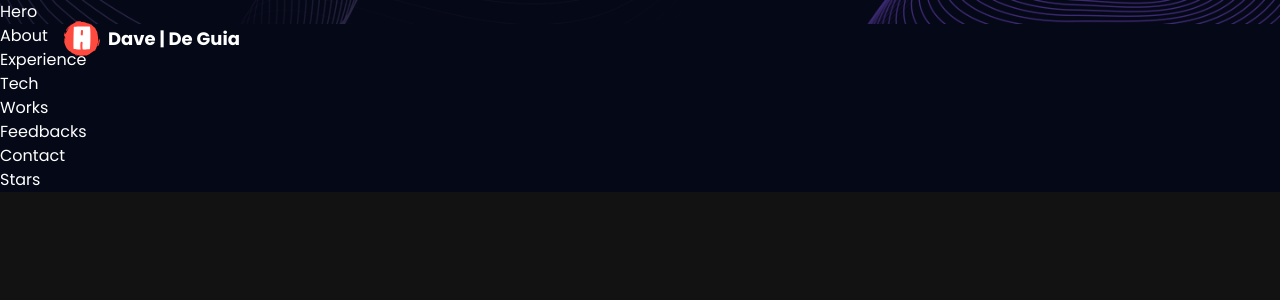
Repository: davedeguia/3d-portfolio
Page: /
The author's editor kept a copy of each file at every save. The page is drawn from the files as they stood at one save, then again after the next save.
The browser window is 1280 px wide. The pictures show the whole page.
The project was rebuilt for these pictures with package versions that can differ from the ones it lists, and the page was loaded fresh each time. Also part of the build but not shown: vite.config.js, src/components/canvas/Earth.jsx, src/components/canvas/Ball.jsx, src/components/canvas/Computers.jsx.

Above is the page before, as saved 2023-03-04 14:33:32.

### index.html
<!DOCTYPE html>
<html lang="en">
  <head>
    <meta charset="UTF-8" />
    <link rel="icon" type="image/svg+xml" href="/logo.svg" />
    <meta name="viewport" content="width=device-width, initial-scale=1.0" />
    <title>Dave | Portfolio</title>
  </head>
  <body>
    <div id="root"></div>
    <script type="module" src="/src/main.jsx"></script>
  </body>
</html>

### src/App.jsx
import { BrowserRouter } from 'react-router-dom'
import {
  About,
  Contact,
  Experience,
  Feedbacks,
  Hero,
  Navbar,
  Tech,
  Works,
  StarsCanvas,
} from './components'

const App = () => {
  return (
    <BrowserRouter>
      <div className='relative z-0 bg-primary'>
        <div className='bg-hero-pattern bg-cover bg-no-repeat bg-center'>
          <Navbar />
          <Hero />
        </div>
        <About />
        <Experience />
        <Tech />
        <Works />
        <Feedbacks />
        <div className='relative z-0'>
          <Contact />
          <StarsCanvas />
        </div>
      </div>
    </BrowserRouter>
  )
}

export default App

### src/components/Navbar.jsx
import React, { useEffect, useState } from 'react'
import { Link } from 'react-router-dom'
import { styles } from '../styles'
import { navLinks } from '../constants'
import { logo, menu, close } from '../assets'

const Navbar = () => {
  const [active, setActive] = useState('')
  return (
    <nav
      className={`${styles.paddingX} w-full flex items-center py-5 fixed top-0 z-20`}
    >
      <div className='w-full flex justify-between items-center max-w-7xl mx-auto'>
        <Link
          to='/'
          className='flex items-center gap-2'
          onClick={() => {
            setActive('')
            window.scrollTo(0, 0)
          }}
        >
          <img src={logo} alt='logo' className='w-9 h-9 object-contain' />
          <p className='text-white text-[18px] font-bold cursor-pointer'>
            Dave <span>| De Guia</span>
          </p>
        </Link>
      </div>
    </nav>
  )
}

export default Navbar

### src/styles.js
const styles = {
  paddingX: 'sm:px-16 px-6',
  paddingY: 'sm:py-16 py-6',
  padding: 'sm:px-16 px-6 sm:py-16 py-10',

  heroHeadText:
    'font-black text-white lg:text-[80px] sm:text-[60px] xs:text-[50px] text-[40px] lg:leading-[98px] mt-2',
  heroSubText:
    'text-[#dfd9ff] font-medium lg:text-[30px] sm:text-[26px] xs:text-[20px] text-[16px] lg:leading-[40px]',

  sectionHeadText:
    'text-white font-black md:text-[60px] sm:text-[50px] xs:text-[40px] text-[30px]',
  sectionSubText:
    'sm:text-[18px] text-[14px] text-secondary uppercase tracking-wider',
}

export { styles }

### src/constants/index.js
import {
  mobile,
  backend,
  creator,
  web,
  javascript,
  typescript,
  html,
  css,
  reactjs,
  redux,
  tailwind,
  nodejs,
  mongodb,
  git,
  figma,
  docker,
  meta,
  starbucks,
  tesla,
  shopify,
  carrent,
  jobit,
  tripguide,
  threejs,
} from '../assets'

export const navLinks = [
  {
    id: 'about',
    title: 'About',
  },
  {
    id: 'work',
    title: 'Work',
  },
  {
    id: 'contact',
    title: 'Contact',
  },
]

const services = [
  {
    title: 'Web Developer',
    icon: web,
  },
  {
    title: 'React Native Developer',
    icon: mobile,
  },
  {
    title: 'Backend Developer',
    icon: backend,
  },
  {
    title: 'Content Creator',
    icon: creator,
  },
]

const technologies = [
  {
    name: 'HTML 5',
    icon: html,
  },
  {
    name: 'CSS 3',
    icon: css,
  },
  {
    name: 'JavaScript',
    icon: javascript,
  },
  {
    name: 'TypeScript',
    icon: typescript,
  },
  {
    name: 'React JS',
    icon: reactjs,
  },
  {
    name: 'Redux Toolkit',
    icon: redux,
  },
  {
    name: 'Tailwind CSS',
    icon: tailwind,
  },
  {
    name: 'Node JS',
    icon: nodejs,
  },
  {
    name: 'MongoDB',
    icon: mongodb,
  },
  {
    name: 'Three JS',
    icon: threejs,
  },
  {
    name: 'git',
    icon: git,
  },
  {
    name: 'figma',
    icon: figma,
  },
  {
    name: 'docker',
    icon: docker,
  },
]

const experiences = [
  {
    title: 'React.js Developer',
    company_name: 'Starbucks',
    icon: starbucks,
    iconBg: '#383E56',
    date: 'March 2020 - April 2021',
    points: [
      'Developing and maintaining web applications using React.js and other related technologies.',
      'Collaborating with cross-functional teams including designers, product managers, and other developers to create high-quality products.',
      'Implementing responsive design and ensuring cross-browser compatibility.',
      'Participating in code reviews and providing constructive feedback to other developers.',
    ],
  },
  {
    title: 'React Native Developer',
    company_name: 'Tesla',
    icon: tesla,
    iconBg: '#E6DEDD',
    date: 'Jan 2021 - Feb 2022',
    points: [
      'Developing and maintaining web applications using React.js and other related technologies.',
      'Collaborating with cross-functional teams including designers, product managers, and other developers to create high-quality products.',
      'Implementing responsive design and ensuring cross-browser compatibility.',
      'Participating in code reviews and providing constructive feedback to other developers.',
    ],
  },
  {
    title: 'Web Developer',
    company_name: 'Shopify',
    icon: shopify,
    iconBg: '#383E56',
    date: 'Jan 2022 - Jan 2023',
    points: [
      'Developing and maintaining web applications using React.js and other related technologies.',
      'Collaborating with cross-functional teams including designers, product managers, and other developers to create high-quality products.',
      'Implementing responsive design and ensuring cross-browser compatibility.',
      'Participating in code reviews and providing constructive feedback to other developers.',
    ],
  },
  {
    title: 'Full stack Developer',
    company_name: 'Meta',
    icon: meta,
    iconBg: '#E6DEDD',
    date: 'Jan 2023 - Present',
    points: [
      'Developing and maintaining web applications using React.js and other related technologies.',
      'Collaborating with cross-functional teams including designers, product managers, and other developers to create high-quality products.',
      'Implementing responsive design and ensuring cross-browser compatibility.',
      'Participating in code reviews and providing constructive feedback to other developers.',
    ],
  },
]

const testimonials = [
  {
    testimonial:
      'I thought it was impossible to make a website as beautiful as our product, but Rick proved me wrong.',
    name: 'Sara Lee',
    designation: 'CFO',
    company: 'Acme Co',
    image: 'https://randomuser.me/api/portraits/women/4.jpg',
  },
  {
    testimonial:
      "I've never met a web developer who truly cares about their clients' success like Rick does.",
    name: 'Chris Brown',
    designation: 'COO',
    company: 'DEF Corp',
    image: 'https://randomuser.me/api/portraits/men/5.jpg',
  },
  {
    testimonial:
      "After Rick optimized our website, our traffic increased by 50%. We can't thank them enough!",
    name: 'Lisa Wang',
    designation: 'CTO',
    company: '456 Enterprises',
    image: 'https://randomuser.me/api/portraits/women/6.jpg',
  },
]

const projects = [
  {
    name: 'Car Rent',
    description:
      'Web-based platform that allows users to search, book, and manage car rentals from various providers, providing a convenient and efficient solution for transportation needs.',
    tags: [
      {
        name: 'react',
        color: 'blue-text-gradient',
      },
      {
        name: 'mongodb',
        color: 'green-text-gradient',
      },
      {
        name: 'tailwind',
        color: 'pink-text-gradient',
      },
    ],
    image: carrent,
    source_code_link: 'https://github.com/',
  },
  {
    name: 'Job IT',
    description:
      'Web application that enables users to search for job openings, view estimated salary ranges for positions, and locate available jobs based on their current location.',
    tags: [
      {
        name: 'react',
        color: 'blue-text-gradient',
      },
      {
        name: 'restapi',
        color: 'green-text-gradient',
      },
      {
        name: 'scss',
        color: 'pink-text-gradient',
      },
    ],
    image: jobit,
    source_code_link: 'https://github.com/',
  },
  {
    name: 'Trip Guide',
    description:
      'A comprehensive travel booking platform that allows users to book flights, hotels, and rental cars, and offers curated recommendations for popular destinations.',
    tags: [
      {
        name: 'nextjs',
        color: 'blue-text-gradient',
      },
      {
        name: 'supabase',
        color: 'green-text-gradient',
      },
      {
        name: 'css',
        color: 'pink-text-gradient',
      },
    ],
    image: tripguide,
    source_code_link: 'https://github.com/',
  },
]

export { services, technologies, experiences, testimonials, projects }

### src/assets/index.js
import logo from "./logo.svg";
import backend from "./backend.png";
import creator from "./creator.png";
import mobile from "./mobile.png";
import web from "./web.png";
import github from "./github.png";
import menu from "./menu.svg";
import close from "./close.svg";

import css from "./tech/css.png";
import docker from "./tech/docker.png";
import figma from "./tech/figma.png";
import git from "./tech/git.png";
import html from "./tech/html.png";
import javascript from "./tech/javascript.png";
import mongodb from "./tech/mongodb.png";
import nodejs from "./tech/nodejs.png";
import reactjs from "./tech/reactjs.png";
import redux from "./tech/redux.png";
import tailwind from "./tech/tailwind.png";
import typescript from "./tech/typescript.png";
import threejs from "./tech/threejs.svg";

import meta from "./company/meta.png";
import shopify from "./company/shopify.png";
import starbucks from "./company/starbucks.png";
import tesla from "./company/tesla.png";

import carrent from "./carrent.png";
import jobit from "./jobit.png";
import tripguide from "./tripguide.png";

export {
  logo,
  backend,
  creator,
  mobile,
  web,
  github,
  menu,
  close,
  css,
  docker,
  figma,
  git,
  html,
  javascript,
  mongodb,
  nodejs,
  reactjs,
  redux,
  tailwind,
  typescript,
  threejs,
  meta,
  shopify,
  starbucks,
  tesla,
  carrent,
  jobit,
  tripguide,
};

### tailwind.config.cjs
/** @type {import('tailwindcss').Config} */
module.exports = {
  content: ['./src/**/*.{js,jsx}'],
  mode: 'jit',
  theme: {
    extend: {
      colors: {
        primary: '#050816',
        secondary: '#aaa6c3',
        tertiary: '#151030',
        'black-100': '#100d25',
        'black-200': '#090325',
        'white-100': '#f3f3f3',
      },
      boxShadow: {
        card: '0px 35px 120px -15px #211e35',
      },
      screens: {
        xs: '450px',
      },
      backgroundImage: {
        'hero-pattern': "url('/src/assets/herobg.png')",
      },
    },
  },
  plugins: [],
}

Loaded but not shown: src/main.jsx (common file); src/index.css (common file); src/components/index.js (common file); src/components/canvas/index.js (common file); src/components/Hero.jsx (common file); src/components/About.jsx (common file); src/components/Tech.jsx (common file); src/components/Experience.jsx (common file); src/components/Works.jsx (common file); src/components/Feedbacks.jsx (common file); src/components/Contact.jsx (common file); src/components/canvas/Stars.jsx (common file)

After the next save:
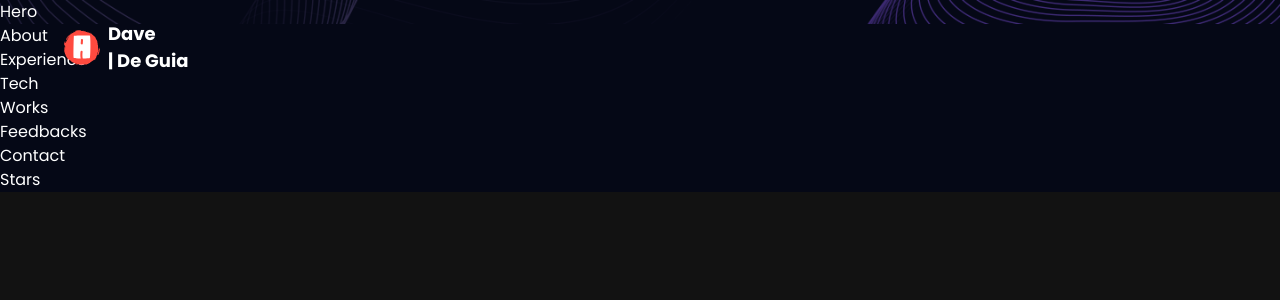
Saved 49 s later.
--- a/src/components/Navbar.jsx
+++ b/src/components/Navbar.jsx
@@ -21,7 +21,7 @@
         >
           <img src={logo} alt='logo' className='w-9 h-9 object-contain' />
           <p className='text-white text-[18px] font-bold cursor-pointer'>
-            Dave <span>| De Guia</span>
+            Dave <span className='sm:block hidden'>| De Guia</span>
           </p>
         </Link>
       </div>
